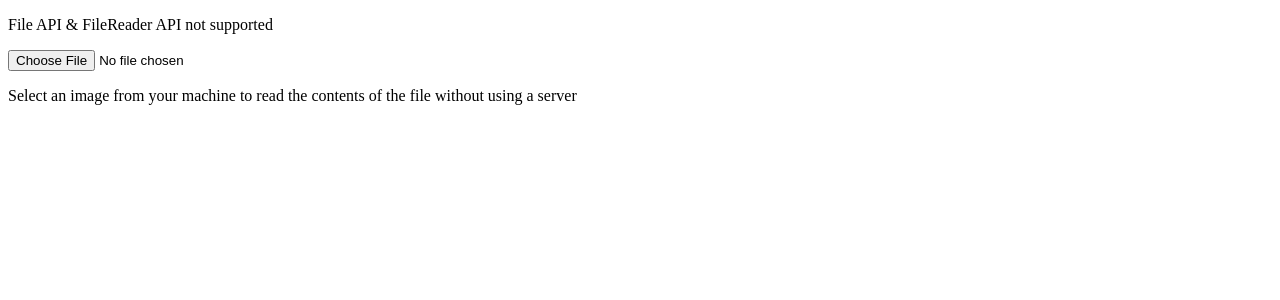
Repository: minkyung0421/jsp_travel_project
Page: http://localhost/Travel_Project/layerTest.jsp
The author's editor kept a copy of each file at every save. The page is drawn from the files as they stood at one save, then again after the next save.
The browser window is 1280 px wide. The pictures show the whole page.
Some web libraries are served in a nearby version. The page is served by Tomcat 9.

Above is the page before, as saved 2018-08-21 02:40:36.

After the next save:
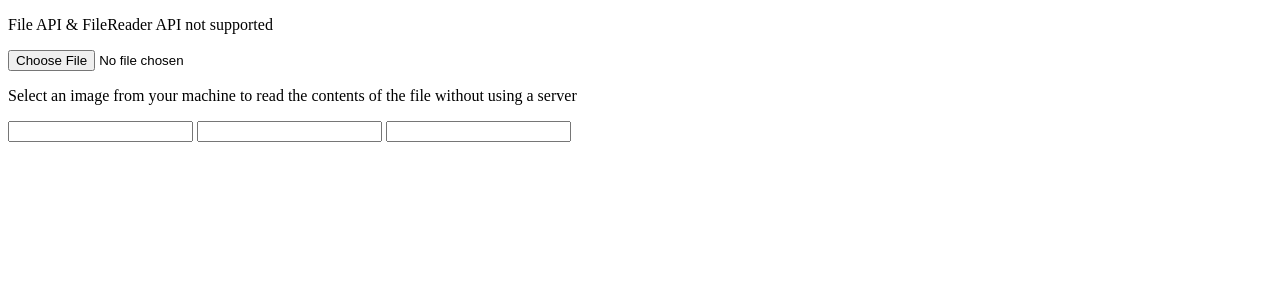
Saved 7 min 55 s later.
--- a/jsp_travel_project/Travel_Project/WebContent/layerTest.jsp
+++ b/jsp_travel_project/Travel_Project/WebContent/layerTest.jsp
@@ -20,30 +20,18 @@
   <p>Select an image from your machine to read the contents of the file without using a server</p>
   <div id="holder"></div>
 </article>
-<script>
-var upload = document.getElementsByTagName('input')[0],
-    holder = document.getElementById('holder');
-
-
-upload.onchange = function (e) {
-  e.preventDefault();
-
-  var file = upload.files[0],
-      reader = new FileReader();
-  reader.onload = function (event) {
-    var img = new Image();
-    img.src = event.target.result;
-    // note: no onload required since we've got the dataurl...I think! :)
-    if (img.width > 560) { // holder width
-      img.width = 560;
-    }
-    holder.innerHTML = '';
-    holder.appendChild(img);
-  };
-  reader.readAsDataURL(file);
-
-  return false;
-};
+<script language='javascript'>
+function call()
+{
+ if(document.getElementById("sell1").value && document.getElementById("sell2").value){
+  document.getElementById('sell3').value =parseInt(document.getElementById('sell1').value) + parseInt(document.getElementById('sell2').value);
+ }
+}
 </script>
+<form name='sumform'>
+<input type='text' name='sell1' id='sell1' onkeyup='call()'>
+<input type='text' name='sell2' id='sell2' onkeyup='call()'>
+<input type='text' name='sell3' id='sell3' >
+</form>
 </body>
 </html>
